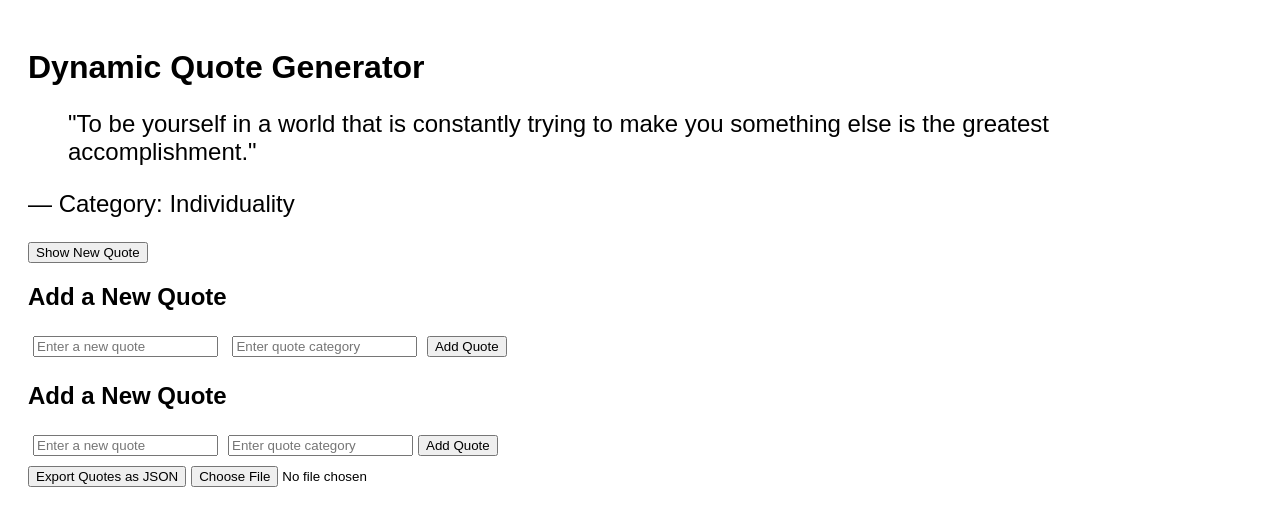
Repository: Patience225/alx_fe_javascript
Page: dom-manipulation/index.html
The author's editor kept a copy of each file at every save. The page is drawn from the files as they stood at one save, then again after the next save.
The browser window is 1280 px wide. The pictures show the whole page.

Above is the page before, as saved 2025-02-02 06:50:30.

After the next save:
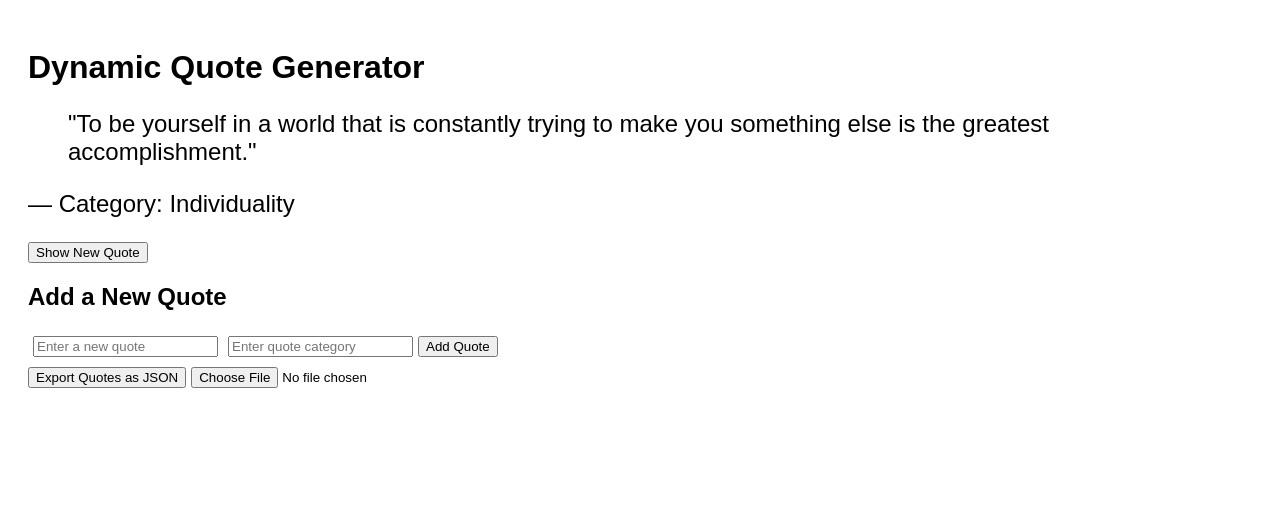
Saved 18 s later.
--- a/dom-manipulation/index.html
+++ b/dom-manipulation/index.html
@@ -5,7 +5,7 @@
   <meta name="viewport" content="width=device-width, initial-scale=1.0" />
   <title>Dynamic Quote Generator</title>
   <style>
-    /* Some basic styling (optional) */
+    /* Basic styling */
     body { font-family: Arial, sans-serif; padding: 20px; }
     #quoteDisplay { margin-bottom: 20px; font-size: 1.5em; }
     input { margin: 5px; }
@@ -15,15 +15,7 @@
   <h1>Dynamic Quote Generator</h1>
   <div id="quoteDisplay">Your quote will appear here.</div>
   <button id="newQuote">Show New Quote</button>
-
-  <!-- Form for adding new quotes -->
-  <div id="addQuoteForm">
-    <h2>Add a New Quote</h2>
-    <input id="newQuoteText" type="text" placeholder="Enter a new quote" />
-    <input id="newQuoteCategory" type="text" placeholder="Enter quote category" />
-    <button id="addQuoteButton">Add Quote</button>
-  </div>
-
+  <!-- The Add Quote form and JSON import/export buttons are created dynamically -->
   <script src="script.js"></script>
 </body>
 </html>

After the save that followed:
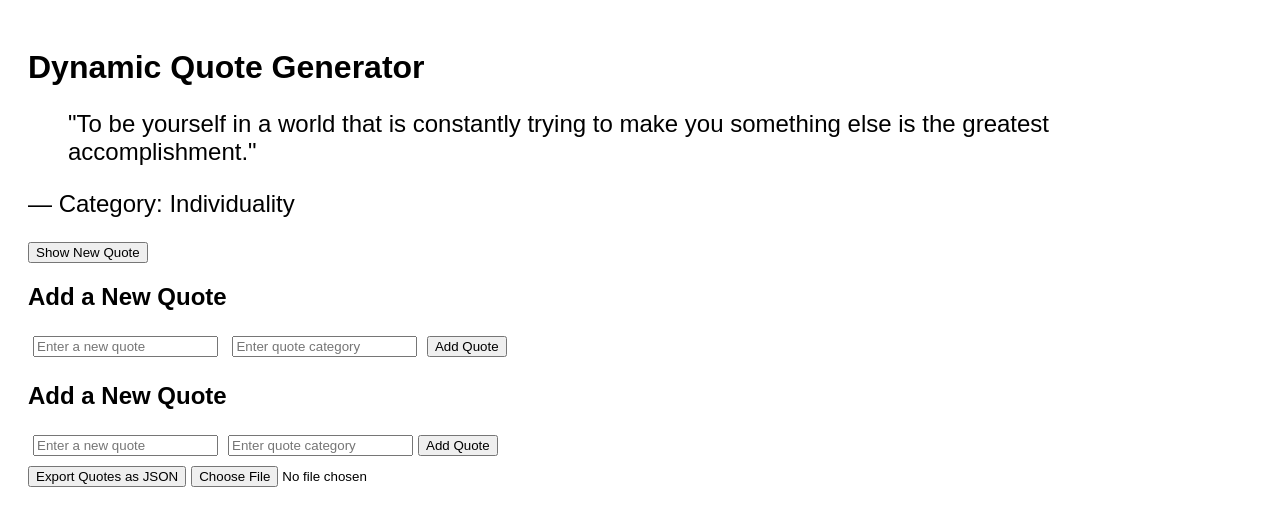
Saved 3 min 22 s later.
--- a/dom-manipulation/index.html
+++ b/dom-manipulation/index.html
@@ -5,7 +5,7 @@
   <meta name="viewport" content="width=device-width, initial-scale=1.0" />
   <title>Dynamic Quote Generator</title>
   <style>
-    /* Basic styling */
+    /* Some basic styling (optional) */
     body { font-family: Arial, sans-serif; padding: 20px; }
     #quoteDisplay { margin-bottom: 20px; font-size: 1.5em; }
     input { margin: 5px; }
@@ -15,7 +15,15 @@
   <h1>Dynamic Quote Generator</h1>
   <div id="quoteDisplay">Your quote will appear here.</div>
   <button id="newQuote">Show New Quote</button>
-  <!-- The Add Quote form and JSON import/export buttons are created dynamically -->
+
+  <!-- Form for adding new quotes -->
+  <div id="addQuoteForm">
+    <h2>Add a New Quote</h2>
+    <input id="newQuoteText" type="text" placeholder="Enter a new quote" />
+    <input id="newQuoteCategory" type="text" placeholder="Enter quote category" />
+    <button id="addQuoteButton">Add Quote</button>
+  </div>
+
   <script src="script.js"></script>
 </body>
 </html>
